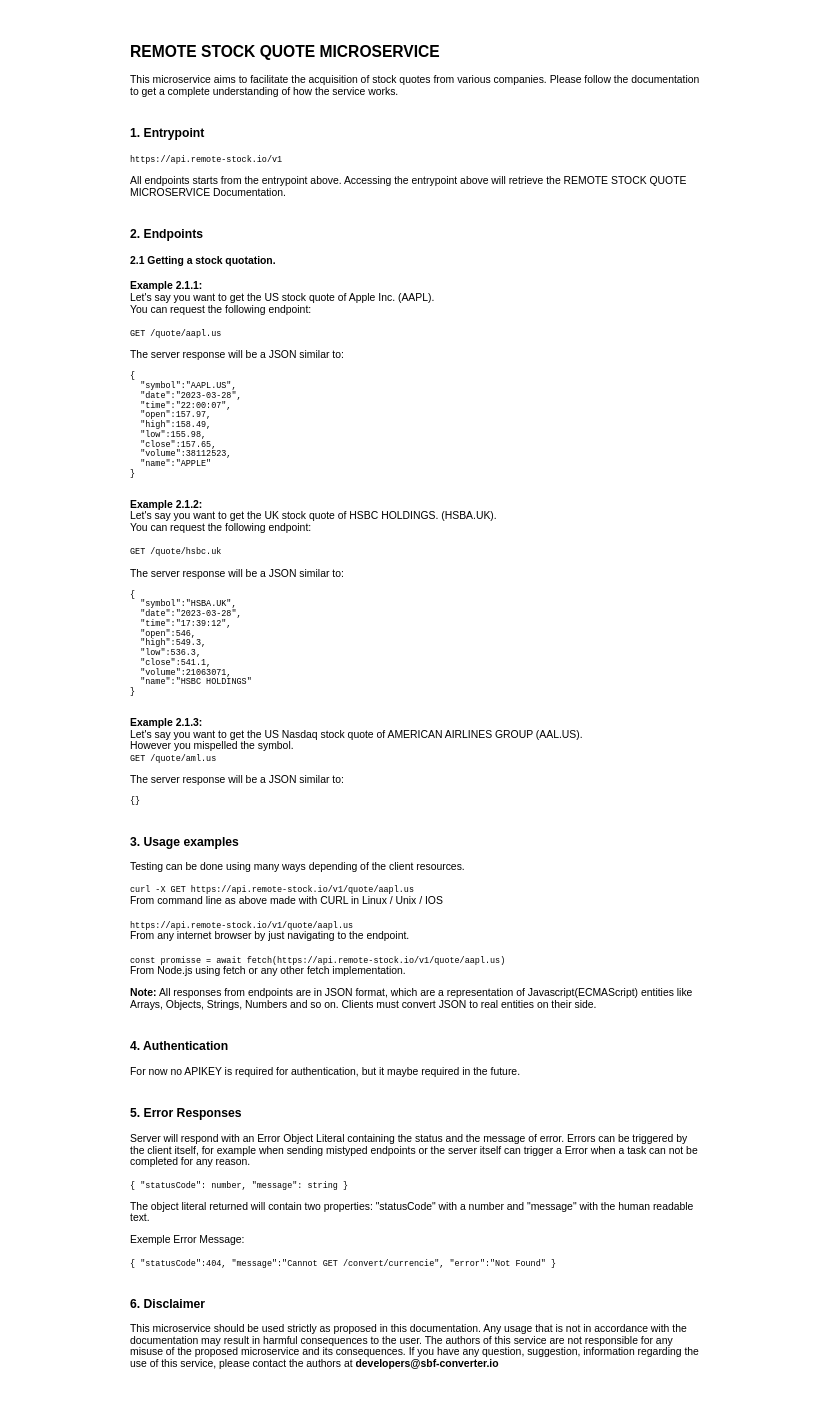
Repository: miguelamello/nest-js
Page: api-service/documentation.html
The author's editor kept a copy of each file at every save. The page is drawn from the files as they stood at one save, then again after a run of saves.
The browser window is 1280 px wide. The pictures show the whole page, at 65% of full size.

Above is the page before, as saved 2023-03-28 18:38:44.

After the next 2 saves:
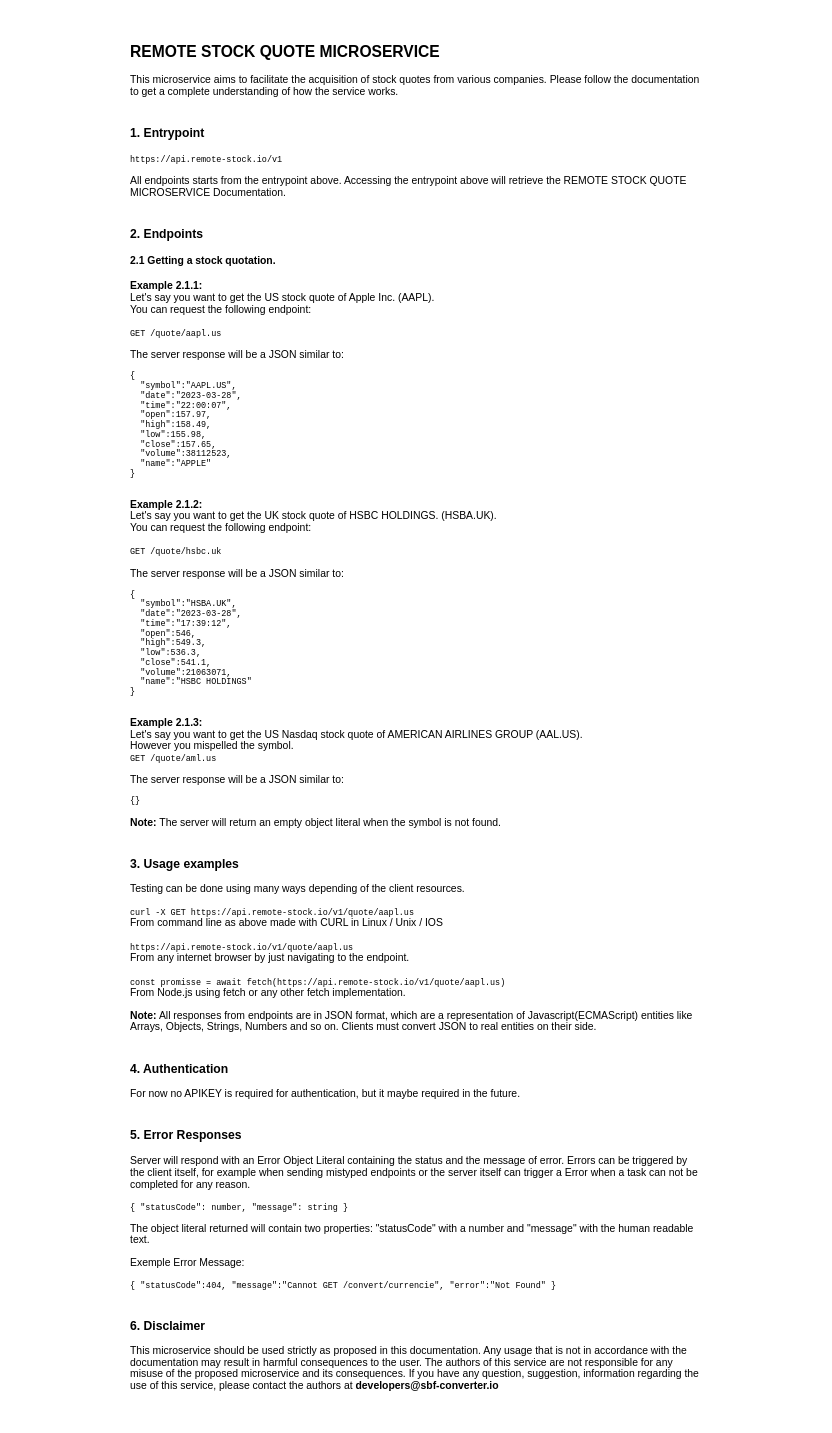
The 2 saves are shown as one change because they came seconds apart.
The last was saved 8 s later.
--- a/api-service/documentation.html
+++ b/api-service/documentation.html
@@ -90,6 +90,9 @@
     <p>The server response will be a JSON similar to:</p>
 
     <pre>{}</pre>
+
+    <p>
+      <b>Note:</b> The server will return an empty object literal when the symbol is not found.
   </p>
 
   <h3>3. Usage examples</h3>
